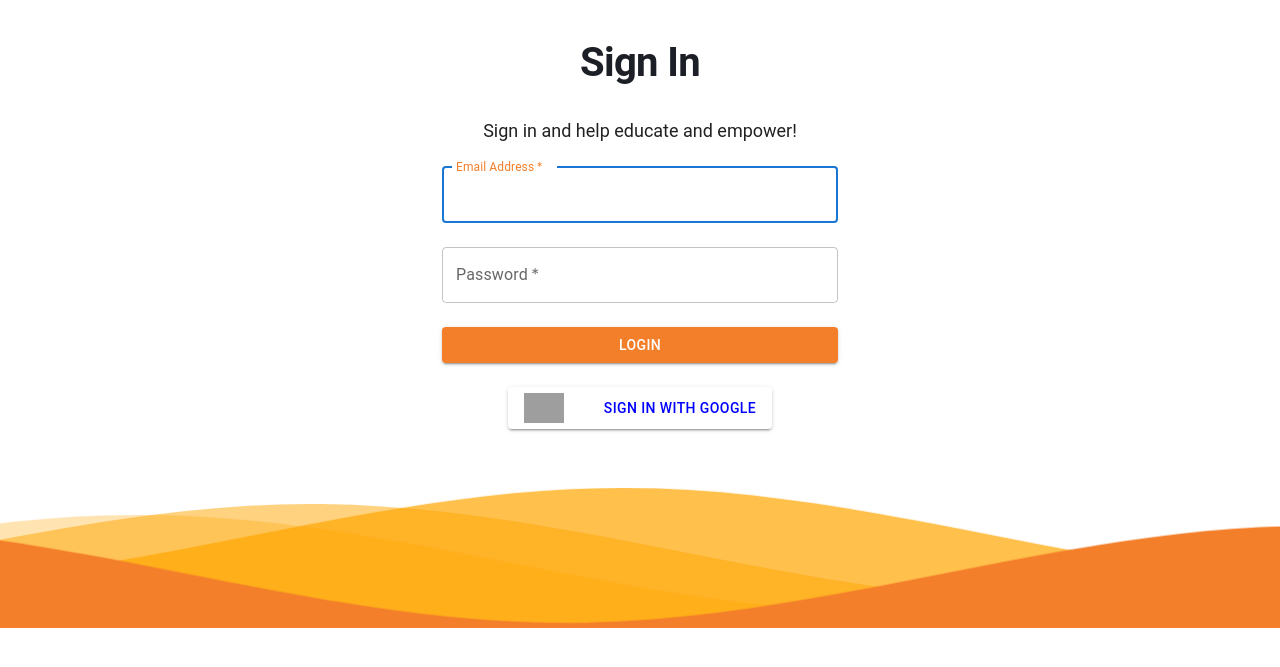
Repository: shubhampirate/Google_Solutions_Edural
Page: /
The author's editor kept a copy of each file at every save. The page is drawn from the files as they stood at one save, then again after the next save.
The browser window is 1280 px wide. The pictures show the whole page.
Pictures or frames that could not be fetched are drawn as grey boxes. The project was rebuilt for these pictures with package versions that can differ from the ones it lists, and the page was loaded fresh each time. Some packages were replaced by stand-ins written for this rebuild. Also part of the build but not shown: src/Components/CustomButton.jsx, src/Components/Navbar.jsx, src/Components/Footer.jsx, src/Components/CongratsCard.jsx, src/pages/Hero/Hero.jsx.

Above is the page before, as saved 2024-02-03 00:03:07.

After the next save:
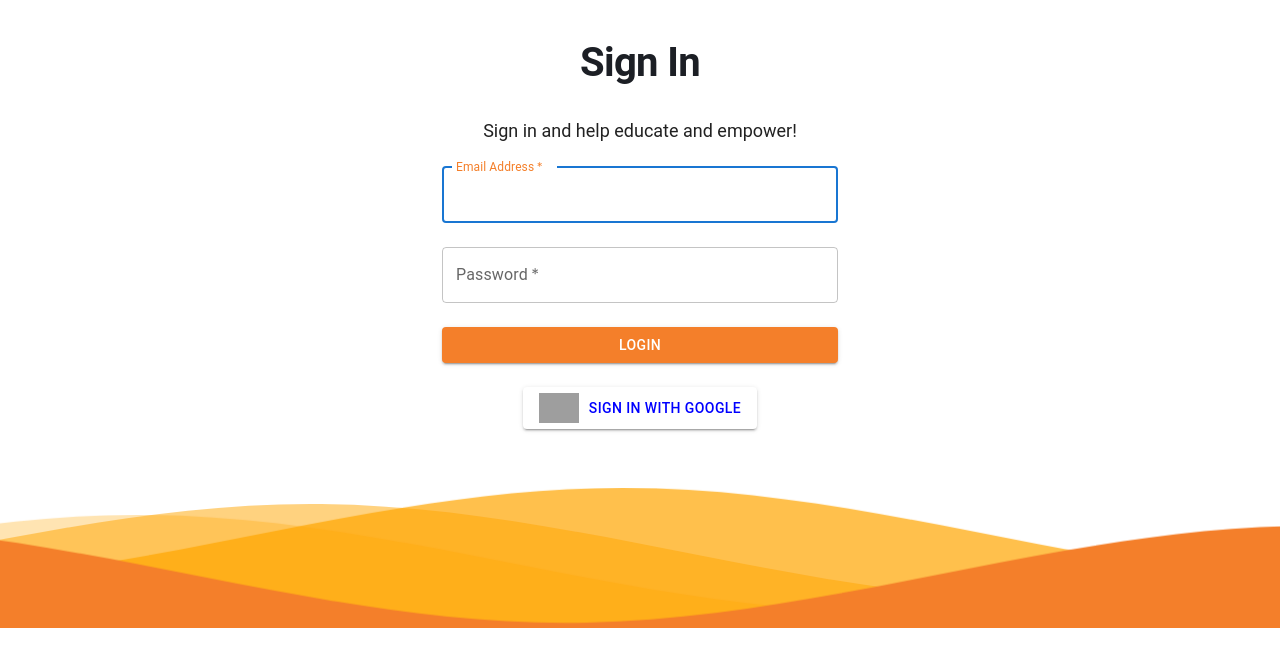
Saved 15 s later.
--- a/src/pages/Sign_in.jsx
+++ b/src/pages/Sign_in.jsx
@@ -199,7 +199,7 @@ export default function SignIn() {
       alt="Google Icon"
       style={{ width: '40px', height: '100%', marginRight: '10px' }}
     />
-   <div style={{ height: '80%', borderRight: '10px solid black', margin: '0 10px' }}></div>
+   {/* <div style={{ height: '80%', borderRight: '10px solid black', margin: '0 10px' }}></div> */}
     Sign In with Google
   </Button>
 </Box>
